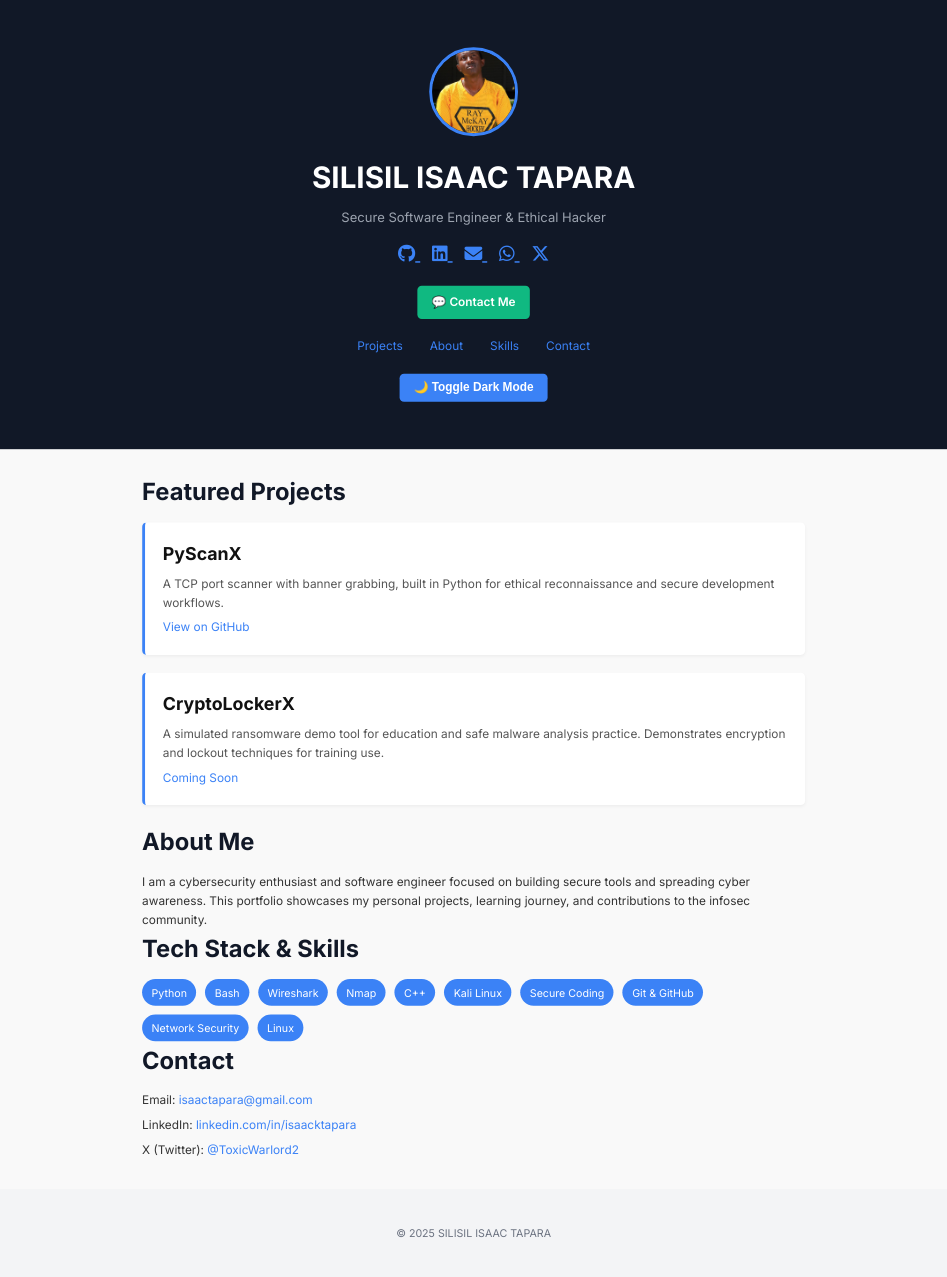
Repository: isaactapara/isaactapara.github.io
Page: index.html
An editor plug-in stored every save of this project. The page is shown before and after the next save, followed by the edit.
The browser window is 1280 px wide. The pictures show the whole page, at 74% of full size.
Some web libraries are served in a nearby version.

Above is the page before, as saved 2025-07-17 11:01:28.

### index.html
<!DOCTYPE html>
<html lang="en">
<head>
  <meta charset="UTF-8" />
  <meta name="viewport" content="width=device-width, initial-scale=1.0"/>
  <title>SILISIL ISAAC TAPARA | Cybersecurity Portfolio</title>
  <link rel="stylesheet" href="style.css" />
  <link href="https://fonts.googleapis.com/css2?family=Inter:wght@400;600;700&display=swap" rel="stylesheet" />
  <script src="https://kit.fontawesome.com/a076d05399.js" crossorigin="anonymous"></script>
</head>
<body>
  <header>
    <div class="container text-center">
      <img src="assets/isaac.jpg" alt="Profile Photo" class="profile-photo" />
      <h1>SILISIL ISAAC TAPARA</h1>
      <p class="subtitle">Secure Software Engineer & Ethical Hacker</p>

      <div class="social-icons">
        <a href="https://github.com/isaactapara" target="_blank" title="GitHub">
          <i class="fab fa-github"></i>
        </a>
        <a href="https://www.linkedin.com/in/isaacktapara/" target="_blank" title="LinkedIn">
          <i class="fab fa-linkedin"></i>
        </a>
        <a href="mailto:isaactapara@gmail.com" title="Email Me">
          <i class="fas fa-envelope"></i>
        </a>
        <a href="https://wa.me/254702502376" target="_blank" title="Chat on WhatsApp">
          <i class="fab fa-whatsapp"></i>
        </a>
        <a href="https://x.com/ToxicWarlord2/" target="_blank" title="Twitter (X)">
          <i class="fab fa-x-twitter"></i>
        </a>
      </div>

      <div class="contact-button">
        <a href="https://wa.me/254702502376" target="_blank" class="btn">💬 Contact Me</a>
      </div>

      <nav>
        <a href="#projects">Projects</a>
        <a href="#about">About</a>
        <a href="#skills">Skills</a>
        <a href="#contact">Contact</a>
      </nav>

      <button id="darkModeToggle">🌙 Toggle Dark Mode</button>
    </div>
  </header>

  <main class="container">
    <section id="projects">
      <h2>Featured Projects</h2>

      <div class="project-card">
        <h3>PyScanX</h3>
        <p>A TCP port scanner with banner grabbing, built in Python for ethical reconnaissance and secure development workflows.</p>
        <a href="https://github.com/isaactapara/PyScanx" target="_blank">View on GitHub</a>
      </div>

      <div class="project-card">
        <h3>CryptoLockerX</h3>
        <p>A simulated ransomware demo tool for education and safe malware analysis practice. Demonstrates encryption and lockout techniques for training use.</p>
        <a href="#">Coming Soon</a>
      </div>
    </section>

    <section id="about">
      <h2>About Me</h2>
      <p>I am a cybersecurity enthusiast and software engineer focused on building secure tools and spreading cyber awareness. This portfolio showcases my personal projects, learning journey, and contributions to the infosec community.</p>
    </section>

    <section id="skills">
      <h2>Tech Stack & Skills</h2>
      <div class="skills-grid">
        <span>Python</span>
        <span>Bash</span>
        <span>Wireshark</span>
        <span>Nmap</span>
        <span>C++</span>
        <span>Kali Linux</span>
        <span>Secure Coding</span>
        <span>Git & GitHub</span>
        <span>Network Security</span>
        <span>Linux</span>
      </div>
    </section>

    <section id="contact">
      <h2>Contact</h2>
      <ul class="contact-links">
        <li>Email: <a href="mailto:isaactapara@gmail.com">isaactapara@gmail.com</a></li>
        <li>LinkedIn: <a href="https://www.linkedin.com/in/isaacktapara/" target="_blank">linkedin.com/in/isaacktapara</a></li>
        <li>X (Twitter): <a href="https://x.com/ToxicWarlord2" target="_blank">@ToxicWarlord2</a></li>
      </ul>
    </section>
  </main>

  <footer>
    <div class="container">
      <p>&copy; 2025 SILISIL ISAAC TAPARA</p>
    </div>
  </footer>

  <script>
    const toggle = document.getElementById('darkModeToggle');
    toggle.addEventListener('click', () => {
      document.body.classList.toggle('dark-mode');
    });
  </script>
</body>
</html>

### style.css
* {
  box-sizing: border-box;
  margin: 0;
  padding: 0;
}

body {
  font-family: 'Inter', sans-serif;
  background: #f9f9f9;
  color: #333;
  line-height: 1.6;
}

.container {
  max-width: 960px;
  margin: 0 auto;
  padding: 2rem;
}

header {
  background: #111827;
  color: white;
  padding: 2rem 0;
  text-align: center;
}

header h1 {
  font-size: 2.5rem;
  margin-bottom: 0.5rem;
}

.subtitle {
  font-size: 1.1rem;
  color: #9ca3af;
}

nav {
  margin-top: 1.5rem;
}

nav a {
  margin: 0 1rem;
  color: #3b82f6;
  text-decoration: none;
  font-weight: 500;
}

nav a:hover {
  text-decoration: underline;
}

.profile-photo {
  width: 120px;
  height: 120px;
  border-radius: 50%;
  object-fit: cover;
  margin-bottom: 1rem;
  border: 4px solid #3b82f6;
}

.social-icons {
  margin-top: 1rem;
}

.social-icons a {
  color: #3b82f6;
  margin: 0 0.5rem;
  font-size: 1.5rem;
  transition: color 0.3s ease;
}

.social-icons a:hover {
  color: #1e40af;
}

.contact-button {
  margin-top: 1.5rem;
}

.contact-button .btn {
  display: inline-block;
  background-color: #10b981;
  color: white;
  padding: 0.6rem 1.2rem;
  font-size: 1rem;
  border-radius: 6px;
  text-decoration: none;
  font-weight: 600;
  transition: background-color 0.3s ease;
}

.contact-button .btn:hover {
  background-color: #059669;
}

h2 {
  font-size: 2rem;
  color: #111827;
  margin-bottom: 1rem;
}

.project-card {
  background: white;
  padding: 1.5rem;
  border-left: 4px solid #3b82f6;
  box-shadow: 0 2px 5px rgba(0,0,0,0.05);
  margin-bottom: 1.5rem;
  border-radius: 6px;
}

.project-card h3 {
  font-size: 1.5rem;
  color: #111;
  margin-bottom: 0.5rem;
}

.project-card p {
  color: #555;
  margin-bottom: 0.5rem;
}

.project-card a {
  color: #3b82f6;
  font-weight: 500;
  text-decoration: none;
}

.project-card a:hover {
  text-decoration: underline;
}

.skills-grid {
  display: flex;
  flex-wrap: wrap;
  gap: 0.75rem;
}

.skills-grid span {
  background-color: #3b82f6;
  color: white;
  padding: 0.4rem 0.8rem;
  border-radius: 20px;
  font-size: 0.9rem;
  font-weight: 500;
}

.contact-links {
  list-style: none;
  padding-left: 0;
}

.contact-links li {
  margin-bottom: 0.5rem;
  font-size: 1rem;
}

.contact-links a {
  color: #3b82f6;
  text-decoration: none;
  font-weight: 500;
}

.contact-links a:hover {
  text-decoration: underline;
}

footer {
  background: #f3f4f6;
  text-align: center;
  padding: 1rem;
  font-size: 0.9rem;
  color: #6b7280;
}

/* Dark Mode Styles */
.dark-mode {
  background-color: #111827;
  color: #e5e7eb;
}

.dark-mode .project-card {
  background-color: #1f2937;
  border-left-color: #2563eb;
}

.dark-mode a {
  color: #60a5fa;
}

.dark-mode nav a {
  color: #93c5fd;
}

.dark-mode .skills-grid span {
  background-color: #2563eb;
}

.dark-mode footer {
  background-color: #1f2937;
  color: #9ca3af;
}

/* Mobile Responsiveness */
@media (max-width: 600px) {
  header h1 {
    font-size: 1.8rem;
  }

  nav a {
    display: block;
    margin: 0.5rem 0;
  }

  .project-card {
    padding: 1rem;
  }

  .skills-grid {
    justify-content: center;
  }

  .social-icons a {
    font-size: 1.2rem;
  }
}
#darkModeToggle {
  margin-top: 1.5rem;
  background-color: #3b82f6;
  color: white;
  padding: 0.6rem 1.2rem;
  border: none;
  border-radius: 6px;
  font-size: 1rem;
  font-weight: 600;
  cursor: pointer;
  transition: background-color 0.3s ease;
}

#darkModeToggle:hover {
  background-color: #1e40af;
}

After the next save:
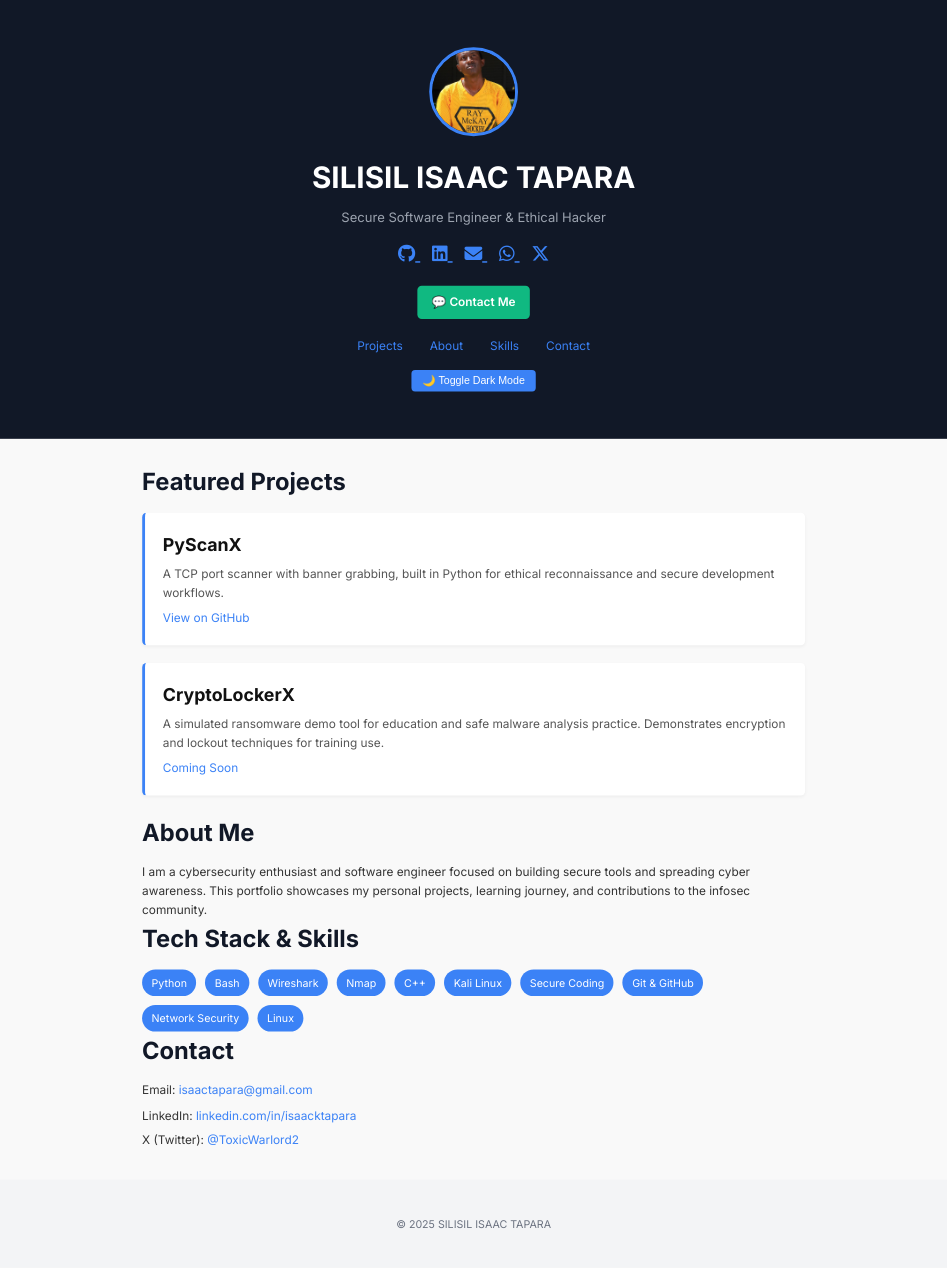
Saved 2 h 29 min later.
--- a/style.css
+++ b/style.css
@@ -224,14 +224,14 @@ footer {
   }
 }
 #darkModeToggle {
-  margin-top: 1.5rem;
+  margin-top: 1.2rem;
   background-color: #3b82f6;
   color: white;
-  padding: 0.6rem 1.2rem;
+  padding: 0.4rem 0.9rem; /* Smaller padding */
   border: none;
-  border-radius: 6px;
-  font-size: 1rem;
-  font-weight: 600;
+  border-radius: 5px;
+  font-size: 0.9rem;       /* Slightly smaller text */
+  font-weight: 500;
   cursor: pointer;
   transition: background-color 0.3s ease;
 }
